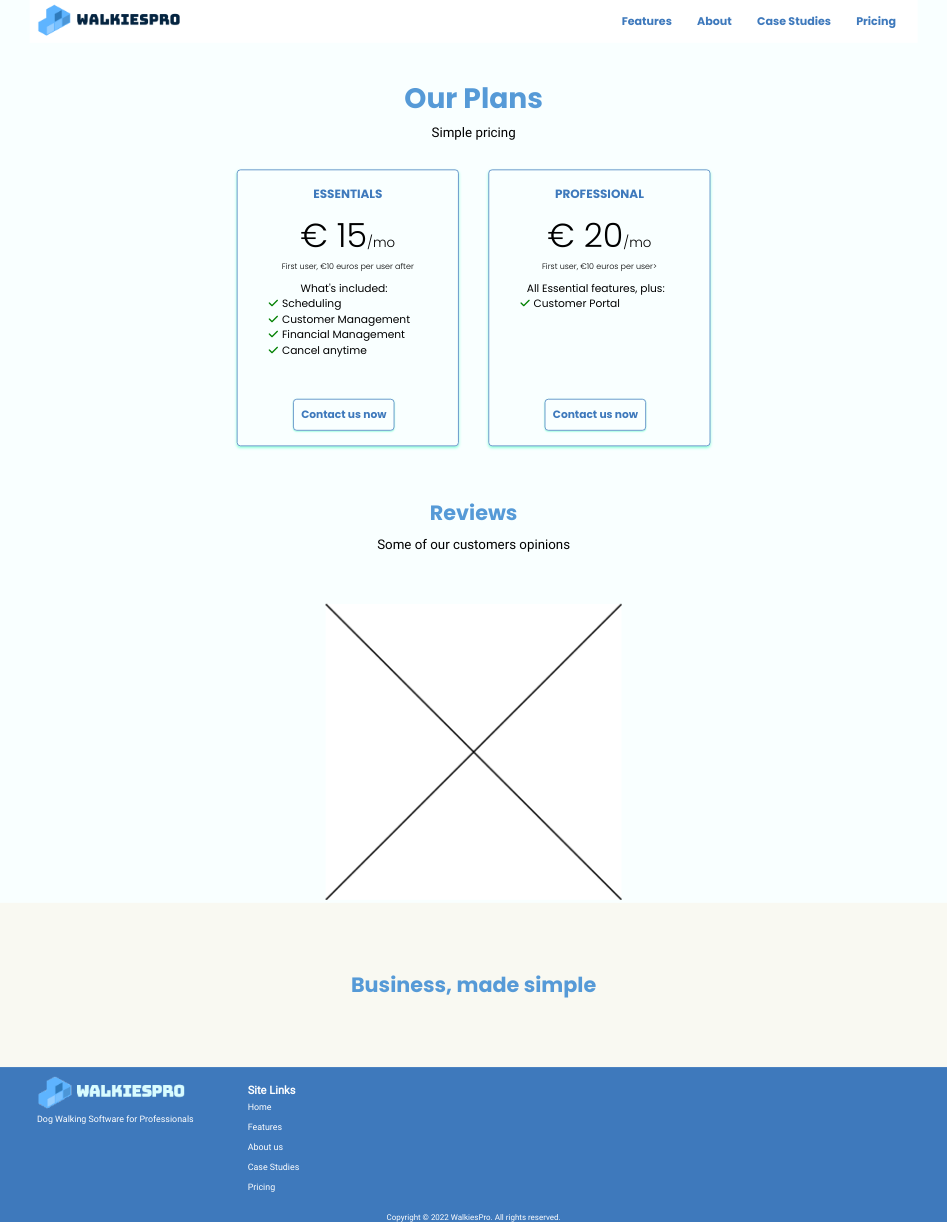
Repository: StevieC87/LAYOUT4
Page: pricing.html
The author's editor kept a copy of each file at every save. The page is drawn from the files as they stood at one save, then again after the next save.
The browser window is 1280 px wide. The pictures show the whole page, at 74% of full size.

Above is the page before, as saved 2022-01-05 22:57:50.

### pricing.html
<!DOCTYPE html>
<html lang="en">
  <head>
    <meta charset="UTF-8" />
    <meta http-equiv="X-UA-Compatible" content="IE=edge" />
    <meta name="viewport" content="width=device-width, initial-scale=1.0" />
    <title>WalkiesPro Dog Walking Software</title>
    <link rel="stylesheet" href="css/styles.css" />
    <link rel="stylesheet" href="css/aboutus.css" />
    <link rel="stylesheet" href="css/footer.css" />
    <link rel="stylesheet" href="css/navbar.css" />
    <link rel="stylesheet" href="css/fonts.css" />
    <link rel="stylesheet" href="css/utilities.css" />
    <link rel="stylesheet" href="css/mediaqueries.css" />
    <link rel="stylesheet" href="css/pricing.css" />
    <!-- THIS js file - deferred so loads at the end -->
    <script type="text/javascript" src="js/scripts.js" defer></script>
    <link rel="stylesheet" href="https://use.fontawesome.com/releases/v5.15.4/css/all.css" integrity="sha384-DyZ88mC6Up2uqS4h/KRgHuoeGwBcD4Ng9SiP4dIRy0EXTlnuz47vAwmeGwVChigm" crossorigin="anonymous">


    <style></style>
  </head>
  <body>


    <div class="containernew">
      <div class="navwrapper">
        <!------------------ NAVBAR --------------------->
        <nav id="navbar" class="paddingspecial">
          <!--  <div class="paddingspecial"> -->
          <div id="logo" class="logodiv">
            <a href="index.html"><img src="images/logo.png" alt="logo" /></a>
          </div>
          <div id="hamburger-menu" class="hamburger-menu">
            <div class="line line-1"></div>
            <div class="line line-2"></div>
            <div class="line line-3"></div>
          </div>
          <div class="navlist">
            <ul tabindex="-1">
              <li><a class="current" href="features.html">Features</a></li>
              <li><a href="about-us.html">About</a></li>
              <li><a href="case-studies.html">Case Studies</a></li>
              <li><a href="pricing.html">Pricing</a></li>
            </ul>
          </div>
          <!-- </div> -->
        </nav>
      </div>
      <!-----------------HEADER--------------------->
      <section class="headerwrapper">
          <div class="headertitle">
            <h1>Our Plans</h1>
          </div>
          <div class="headerminitext centertext">
            Simple pricing
          </div>
      </section>
      <!------------------ PRICING TABLE --------------------->
      <section class="pricingouterwrapper">
          <div class="pricinginnerwrapper">
            <div class="pricingcard card">
              <div class="cardtitle">ESSENTIALS</div>
              <div class="price">&#8364; 15<span class="miniprice">/mo</span></div>
              <div class=" centertext poppinslight smallfont ">First user, &#8364;10 euros per user after</div>
              <div class="pricelistdiv poppins">
                <div class="centertext" >What's included:</div>
              <!--   style="display: block" -->
                <ul class="pricelist poppins">
                      <li class="elementY">Scheduling</li>
                      <li class="elementY">Customer Management</li>
                      <li class="elementY">Financial Management</li>
                     <!--  <li class="elementx">Customer Portal</li> -->
                      <li class="elementY">Cancel anytime</li>
                    </ul>

              </div>
              <div class="btnprice">
                <button class="btn btnoutline btnaqua">Contact us now</button>
              </div>
            </div>

            <!-- SECOND CARD PRO PLAN -->
            <div class="pricingcard card " >
             <div class="cardtitle">PROFESSIONAL</div>
             <div class="price">&#8364; 20<span class="miniprice">/mo </span>
             </div>
             <div class=" centertext poppinslight smallfont ">First user, &#8364;10 euros per user></div>
             <div class="pricelistdiv poppins">
              <div class="centertext" >All Essential features, plus:</div>
            <!--   style="display: block" -->
              <ul class="pricelist poppins">
                <li class="elementY">Customer Portal</li>
                    <!-- <li class="elementY">Customer Management</li>
                    <li class="elementY">Financial Management</li>
                    <li class="elementx">Customer Portal</li> -->
                   <!--  <li class="elementY">Cancel anytime</li> -->
                  </ul>

            </div>

             <div class="btnprice">
              <button class="btn btnoutline btnaqua">Contact us now</button>
            </div>
        </div>

      </section>
      <!-- SECTION IMAGE GALLERY REVIEWS  -->
      <section class="imagegallerywrapper">

        <div class="imagegalleryinnerwrapper">
          <div class="centerGRIDself reviewsdiv centertext">
            <h3>Reviews</h3>
            <span>Some of our customers opinions</span>
          </div>
            <div class="imagegallery">
              <img src="images/3.png" alt="" width="400px">
            </div>
        </div>



      </section>


      <!------------------ CONTACT US SECTION --------------------->
     <section class="contactuswrapper">
       <div class="contactusinnerwrapper">
        <h3 class="centertext">Business, made simple</h3>

       </div>
     </section>
      <!------------------ FOOTER --------------------->
      <footer id="footer">
        <div class="footerwrapper">
          <div class="footergriditem1">
            <img class="bottomlogo" src="images/logoblue.png" alt="logo" />
            <span class="whitetext bottomphrase"
              >Dog Walking Software for Professionals</span
            >
          </div>

          <div class="footergriditem2">
            <div><b class="whitetext footerlinkstitle">Site Links</b></div>
            <ul class="whitetext ulnostyle anostyle" style="font-size: 12px">
              <li><a href="../layout/index.html">Home</a> </li>
              <li><a href="features.html">Features</a> </li>
              <li><a href="about-us.html">About us</a> </li>
              <li><a href="case-studies.html">Case Studies</a></li>
              <li><a href="pricing.html">Pricing</a></li>
            </ul>
          </div>
          <div class="footergriditem3 whitetext smallfont">Copyright © 2022 WalkiesPro. All rights reserved.</div>
        </div>

      </footer>
    </div>
    <!-- end container -->

    <!------------------ SIDE MENU --------------------->
    <div id="menuhidden" class="menuhidden hiddenright">
      <div class="slidemenu">
        <ul tabindex="-1" aria-hidden="true">
          <li><a class="activeSidebarLi" href="index.html">Home</a></li>
          <li><a class="current" href="features.html">Features</a></li>
          <li><a href="about-us.html">About</a></li>
          <li><a href="case-studies.html">Case Studies</a></li>
          <li><a href="pricing.html">Pricing</a></li>
          <!--    <hr /> -->
        </ul>
      </div>
    </div>
  </body>
</html>

### css/styles.css
:root {
  /*  --myblue: #5da3df; */
  --myblue: #3e79bc;
  --myblueh1: #569ad7;
}

html,
body {
  box-sizing: border-box;
  font-size: 18px;
  font-family: Roboto;
  /*  line-height: 1rem; */
  margin: auto;
}
.containernew {
  /*  background: linear-gradient(90deg, #e3ffe7 0%, #ecedee 100%); */
  background-color: #f9ffff;
}
*,
*:before,
*:after {
  box-sizing: inherit;
}

h1,
h2,
h3,
h4,
h5,
h6 {
  font-family: PoppinsBold;
  color: var(--myblueh1);
  /* #5da3df */
  padding: 10px 0 10px 0;
  margin: 0px;
}
h1 {
  font-size: 38px;
  line-height: 2.8rem;
}
h2 {
  font-size: 38px;
}
h3 {
  font-size: 28px;
}
h4 {
  font-size: 26px;
}
h5 {
  font-size: 20px;
}
h6 {
  font-size: 18px;
}

.containernew {
  width: 100%;
}

### css/aboutus.css
/* * * * * * * * * * * * * * * * * * * * * * * * * * * * * * * * * * * * * * * *
ABOUT US
* * * * * * * * * * * * * * * * * * * * * * * * * * * * * * * * * * * * * * * */
.headerwrapper {
  width: 100%;
  display: grid;
  padding: 40px 0 40px 0;
}
.headertitle {
  grid-template-columns: 1fr;
  align-self: center;
  justify-self: center;
}

.headertextunder {
  /* max-width: 80%;  */
  max-width: 800px;
  grid-template-columns: 1fr;
  align-self: center;
  justify-self: center;
  font-size: 1rem;
  padding-top: 30px;
}
.meettheteamwrapper {
  width: 100%;
  display: grid;
  justify-content: center;
  background-color: #f6f7fe;
}
.meettheteamh2 {
  padding-top: 40px;
  text-align: center;
  /*  color: purple; */
  color: var(--myblueh1);
  /* color: #7f55ff; */
  width: 100%;
}
.meettheteamh2 > h2 {
  color: inherit;
}
.meetteamprofiles {
  max-width: 1000px;
  justify-content: center;
  display: grid;
  grid-template-columns: 1fr;
  grid-gap: 40px;
}
.contactuswrapper {
  padding: 80px 0 80px 0;
  background-color: #f9f9f2;
}
.contactusinnerwrapper {
}

.aboutusformgrid {
  max-width: 600px;
  margin: 0 auto;
  padding: 0 20px 0px 20px;
  border: 1px solid blue;
}
.aboutusformgrid2 {
  max-width: 800px;
  margin: 0 auto;
  padding: 0 20px 0px 20px;
  /* border: 1px solid blue; */
  display: grid;
  grid-template-columns: 1fr;
  grid-gap: 20px;
}
.textareadiv2 {
  grid-column: 1/-1;
  grid-row: 2 / 4;
}
/* textarea {
  width: 100%;
  max-width: 300px;
  border-radius: 5px;
  border: 1px solid var(--myblue);
} */
.textareadiv2 > textarea {
  width: 100%;
  /*  max-width: 300px; */
  border-radius: 5px;
  border: 1px solid var(--myblue);
}

.centerbtngrid {
  grid-column: 1/-1;
  justify-self: end;
}
input,
label {
  display: block;
  width: 100%;
  /*   max-width: 300px; */
}
input {
  border-radius: 5px;
  border: 1px solid var(--myblue);
  padding: 10px;
}
/* e.maildiv > input {
  margin-lkef: 40px;
} */
/* .yournamediv > input:nth-child(2) {
  margin-left: 10px;
} */
label {
  padding-bottom: 5px;
  padding-top: 20px;
  color: var(--myblue);
}
@media (min-width: 336px) {
  .meetteamprofiles {
    grid-template-columns: 1fr 1fr;
  }
  .meettheteamprofile1 {
    justify-self: center;
    align-self: center;
  }
  .meettheteamprofile2 {
  }
  .aboutusformgrid2 {
    grid-template-columns: 1fr 1fr;
  }
}

### css/footer.css
/* * * * * * * * * * * * * * * * * * * * * * * * * * * * * * * * * * * * * * * *
                    FOOTER
* * * * * * * * * * * * * * * * * * * * * * * * * * * * * * * * * * * * * * * */

footer {
  background-color: var(--myblue);
  width: 100%;
  display: flex;
  justify-content: center;
  padding-top: 10px;
}
/* DEFAULT FOR SMALL SCREEN - MOBILE FIRST */
.footerwrapper {
  /* this is the inner div that serves as a grid with equal columns as container */
  width: 1200px;
  display: grid;
  grid-template-columns: 1fr;
  grid-gap: 0.2rem;
}
/* DEFAULT FOR SMALL SCREEN - MOBILE FIRST */
.footergriditem1 {
  grid-row: 1 / 2;
  /* grid-column: 1 / 2; */
  grid-column: 1 / -1;
}
/* DEFAULT FOR SMALL SCREEN - MOBILE FIRST */
.footergriditem2 {
  /* grid-column: 2 / 3; */
  grid-column: 1 / -1;
  grid-row: 3 / 4;
  padding-left: 10px;
  justify-self: start;
  padding-top: 10px;
  padding-bottom: 10px;

  /*  justify-self: self-end; */
  /* padding: 20px 0 0 40px; */
}
.footergriditem2:first-child {
  margin: 10px 0 10px 0;
}
.footergriditem3 {
  grid-row: 4 / 5;
  grid-column: 1 / -1;
  justify-self: center;
  align-self: center;
}
.bottomlogo {
  padding: 0px 0 0px 10px;
}
.bottomphrase {
  padding-left: 10px;
  display: block;
  text-align: left;
  font-size: 12px;
}
.footerlinkstitle {
  font-size: 15px;
}

@media (min-width: 336px) {
}
@media (min-width: 450px) {
  .footerwrapper {
    grid-template-columns: 226px 200px 1fr 0.2fr 0.2fr 0.2fr;
  }
  .footergriditem1 {
    grid-row: 1 / 2;
    grid-column: 1 / 2;
  }
  .footergriditem2 {
    grid-row: 1 / 2;
    grid-column: 2 / 3;
    padding-left: 0px;
    justify-self: center;
    padding-top: 10px;
    padding-bottom: 10px;
  }
}

### css/navbar.css
/* * * * * * * * * * * * * * * * * * * * * * * * * * * * * * * * * * * * * * * *
                          NAVBAR
* * * * * * * * * * * * * * * * * * * * * * * * * * * * * * * * * * * * * * * */
.navwrapper {
  display: flex;
  justify-content: center;
}
nav {
  background-color: white;
  width: 1200px;
  display: flex;
  justify-content: space-between;
}

.logodiv {
  padding-top: 5px;
  padding-left: 10px;
}
#navbar ul {
  list-style: none;
  margin-right: 15px;
  /*   float: right; */
}

#navbar ul li {
  float: left;
}

#navbar ul li a {
  display: block;
  margin: 0 14px 0 20px;
  /* padding: 0 20px 0 10px; */
  text-align: center;
  text-decoration: none;
  color: var(--myblue);
  /*  color: black; */
  font-family: 'PoppinsBold';
  font-size: 15px;
  /*  border-bottom: 1px solid transparent; */

  line-height: 21px;
}
#navbar ul li a:hover {
  /*  text-decoration: underline; */
  /*  border-bottom: 1px solid var(--myblue); */
  color: #9370db;
}

/* * * * * * * * * * * * * * * * * * * * * * * * * * * * * * * * * * * * * * * *
HAMBURGER MENU
* * * * * * * * * * * * * * * * * * * * * * * * * * * * * * * * * * * * * * * */

.hamburger-menu {
  width: 30px;
  height: 30px;
  padding-top: 7px;
  position: absolute;
  top: 7px;
  right: 10px;
  display: flex;
  flex-direction: column;
  justify-content: space-between;
  cursor: pointer;
  z-index: 100;
}

.line {
  width: inherit;
  height: 3px;
  background-color: var(--myblue);
  border-radius: 2px;
  transition-property: transform;
  transition-duration: 500ms;

  /*   transform-origin: right;
  transition: transform 0.5s; */
}

.line.openline:nth-child(1) {
  transform: translate(0px, 10px) rotate(45deg);
  /*  transform-origin: top; */
}
.line.openline:nth-child(2) {
  opacity: 0;
}
.line.openline:nth-child(3) {
  transform: translate(0px, -10px) rotate(-45deg);

  /*   transform-origin: top; */
}

.menuhidden {
  height: 100vh;
  width: 200px;
  background-color: white;
  position: fixed;
  top: 0;
  right: -200px;
  transition: ease 0.2s;
}

.visibleright {
  right: 0px;
  /*   transition: ease 4s; */
}
/* --------- SLIDEMENU ---------- */
.slidemenu ul {
  list-style: none;
  padding-top: 45px;
  padding-left: 0px;
  width: 100%;
  /*   float: right; */
}
.slidemenu ul li {
}
.slidemenu ul li a {
  display: block;
  padding: 10px 5px 10px 5px;
  margin: 0px 5px 0px 5px;
  text-align: center;
  text-decoration: none;
  line-height: 1.5rem;
  color: var(--myblue);
}
.slidemenu ul li a:hover {
  background-color: #fbfbfa;
  border-radius: 15px;
  /* opacity: 0.5; */
}
.activeSidebarLi {
  background-color: #fbfbfa;
  border-radius: 15px;
}
/* END SLIDEMENU */

### css/fonts.css
/* * * * * * * * * * * * * * * * * * * * * * * * * * * * * * * * * * * * * * * *
        FONT FAMILIESS
* * * * * * * * * * * * * * * * * * * * * * * * * * * * * * * * * * * * * * * */
@font-face {
  font-family: 'Bungee';
  src: url('../fonts/Bungee-Regular.ttf');
  src: local('☺'), url('../fonts/Bungee-Regular.ttf') format('truetype');
  font-display: block;
}
@font-face {
  font-family: 'Roboto';
  src: url('../fonts/Roboto-Regular.ttf');
  src: local('☺'), url('../fonts/Roboto-Regular.ttf') format('truetype');
  font-display: block;
}
@font-face {
  font-family: 'Roboto-Bold';
  src: url('../fonts/Roboto-Bold.ttf');
  src: local('☺'), url('../fonts/Roboto-Bold.ttf') format('truetype');
  font-display: block;
}
@font-face {
  font-family: 'Ubuntu';
  src: url('../fonts/Ubuntu-Regular.ttf');
  src: local('☺'), url('../fonts/Ubuntu-Regular.ttf') format('truetype');
  font-display: block;
}
@font-face {
  font-family: 'UbuntuBold';
  src: url('../fonts/Ubuntu-Bold.ttf');
  src: local('☺'), url('../fonts/Ubuntu-Bold.ttf') format('truetype');
  font-display: block;
}
@font-face {
  font-family: 'Poppins';
  src: url('../fonts/Poppins-Regular.ttf');
  src: local('☺'), url('../fonts/Poppins-Regular.ttf') format('truetype');
  font-display: block;
}
@font-face {
  font-family: 'PoppinsBold';
  src: url('../fonts/Poppins-Bold.ttf');
  src: local('☺'), url('../fonts/Poppins-Bold.ttf') format('truetype');
  font-display: block;
}
@font-face {
  font-family: 'PoppinsLight';
  src: url('../fonts/Poppins-Light.ttf');
  src: local('☺'), url('../fonts/Poppins-Light.ttf') format('truetype');
  font-display: block;
}
@font-face {
  font-family: 'FontAwesome';
  src: url('../fonts/fa-solid-900.ttf');
  src: local('☺'), url('../fonts/fa-solid-900.ttf') format('truetype');
  font-display: block;
}
.bungee {
  font-family: Bungee;
}
.ubuntu {
  font-family: Ubuntu;
}
.ubuntuBold {
  font-family: UbuntuBold;
}
.poppins {
  font-family: Poppins;
}
.poppinslight {
  font-family: PoppinsLight;
}
.poppinsbold {
  font-family: PoppinsBold;
}

### css/utilities.css
.btn {
  cursor: pointer;
  transition-property: background-color, color, border;
  transition-duration: 200ms;
  transition-timing-function: ease-in;
}

.btnoutline {
  background-color: transparent;
  border: 1px solid var(--myblue);
  border-radius: 5px;
  color: var(--myblue);
  padding: 10px;
  font-size: 0.8rem;
  /*  font-weight: bold */
  font-family: PoppinsBold;
}
.allfeaturesbtn {
  padding: 15px 20px 15px 20px;
  border-radius: 10px;
  border: 1px solid var(--myblue);
  /*   background-color: var(--myblue); */
  background-color: WHITE;
  /* color: white; */
  color: var(--myblue);
  font-weight: bold;
  font-size: 1.2rem;
}
.allfeaturesbtn:hover {
  background-color: var(--myblue);
  color: white;
}
.submit {
  margin-top: 20px;
  padding: 8px 6px 8px 6px;
  border-radius: 6px;
  width: 100px;
  background-color: var(--myblue);
  border: 1px solid var(--myblue);
  color: #f9f9f2;
  font-size: 1.2rem;
  /*  font-weight: bold; */
}

/* * * * * * * * * * * * * * * * * * * * * * * * * * * * * * * * * * * * * * * *
UTILITY CLASSES
* * * * * * * * * * * * * * * * * * * * * * * * * * * * * * * * * * * * * * * */

.centertext {
  text-align: center;
}
.centerimg {
  display: block;
  margin-left: auto;
  margin-right: auto;
  /*   width: 50%; */
}
.centerhorizvert {
  align-self: center;
  justify-self: center;
}
/* visible/invis from screen readers & visually */
.invisible {
  visibility: hidden;
}
.visible {
  visibility: visible;
}
.whitetext {
  color: white;
}
.smallfont {
  font-size: 0.6rem;
}
.mediumfont {
  font-size: 0.8rem;
}
.ulnostyle {
  list-style: none;
  line-height: 1.5rem;
  padding: 0;
  margin: 0;
}
.anostyle > li a {
  text-decoration: none;
  color: white;
}

### css/mediaqueries.css
/* to switch to hamburger menu */
@media (min-width: 677px) {
  .hamburger-menu {
    visibility: hidden;
  }
  .section2divrow {
    grid-template-columns: 1fr 1fr;
  }
  .section1innerwrapper {
    grid-template-columns: 2fr 1fr;
  }
}
@media (max-width: 676px) {
  /* HIDE NAV LI WHEN SMALL SCREEN */
  nav {
    width: 1200px;
  }

  .navlist {
    visibility: hidden;
    display: none;
  }
  .hamburger-menu {
    visibility: visible;
  }

  /* ADVANCED SCHEDULING DIV - flip order: image last */
  .section2imgleft1 {
    grid-row: 2;
  }
  .section2textright1 {
    grid-row: 1;
  }
  /* FINANCIAL MANAGEMENT DIV - flip order: image last */
  .section2imgleft3 {
    grid-row: 2;
  }
  .section2textleft3 {
    grid-row: 1;
  }
}

Loaded but not shown: js/scripts.js (21 lines, source omitted); css/pricing.css (145 lines, source omitted)

After the next save:
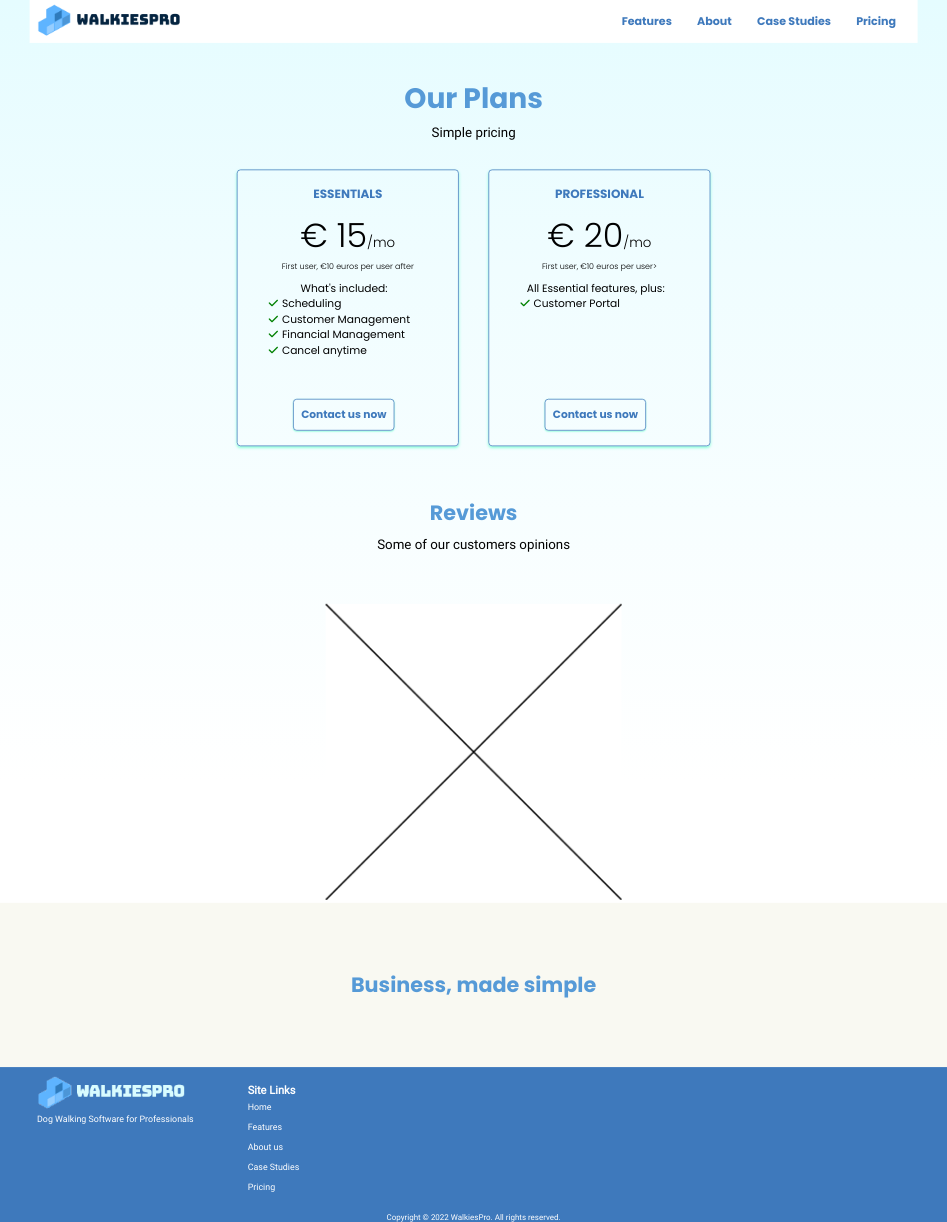
Saved 3 min 20 s later.
--- a/css/styles.css
+++ b/css/styles.css
@@ -15,6 +15,15 @@
 .containernew {
   /*  background: linear-gradient(90deg, #e3ffe7 0%, #ecedee 100%); */
   background-color: #f9ffff;
+  background: rgb(255, 255, 255);
+  background: linear-gradient(
+    360deg,
+    rgba(255, 255, 255, 1) 0%,
+    rgba(255, 255, 255, 1) 36%,
+    rgba(240, 253, 255, 1) 78%,
+    rgba(229, 252, 255, 1) 100%,
+    rgba(83, 234, 255, 1) 100%
+  );
 }
 *,
 *:before,

After the save that followed:
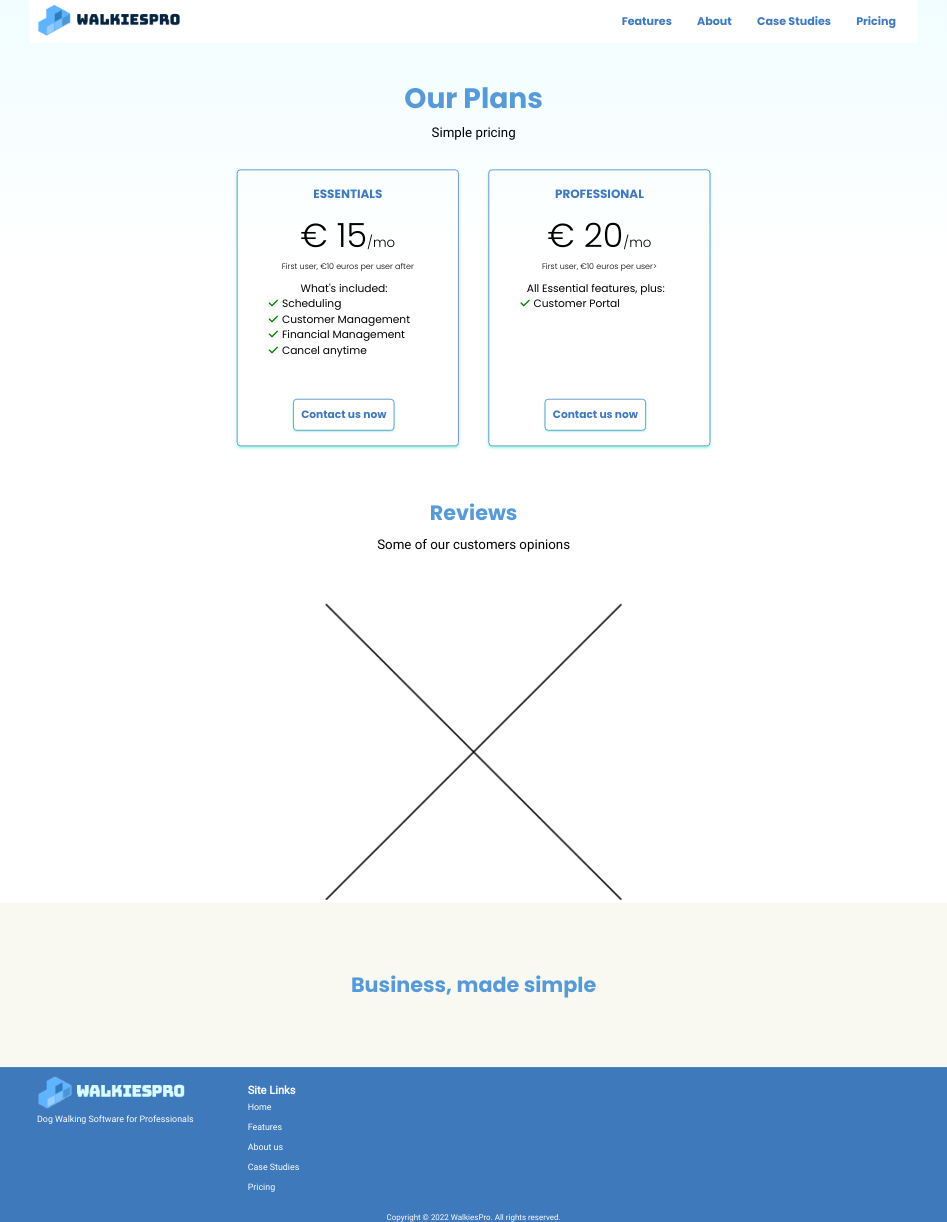
Saved 38 s later.
--- a/css/styles.css
+++ b/css/styles.css
@@ -19,8 +19,8 @@
   background: linear-gradient(
     360deg,
     rgba(255, 255, 255, 1) 0%,
-    rgba(255, 255, 255, 1) 36%,
-    rgba(240, 253, 255, 1) 78%,
+    rgba(255, 255, 255, 1) 79%,
+    rgba(240, 253, 255, 1) 100%,
     rgba(229, 252, 255, 1) 100%,
     rgba(83, 234, 255, 1) 100%
   );
